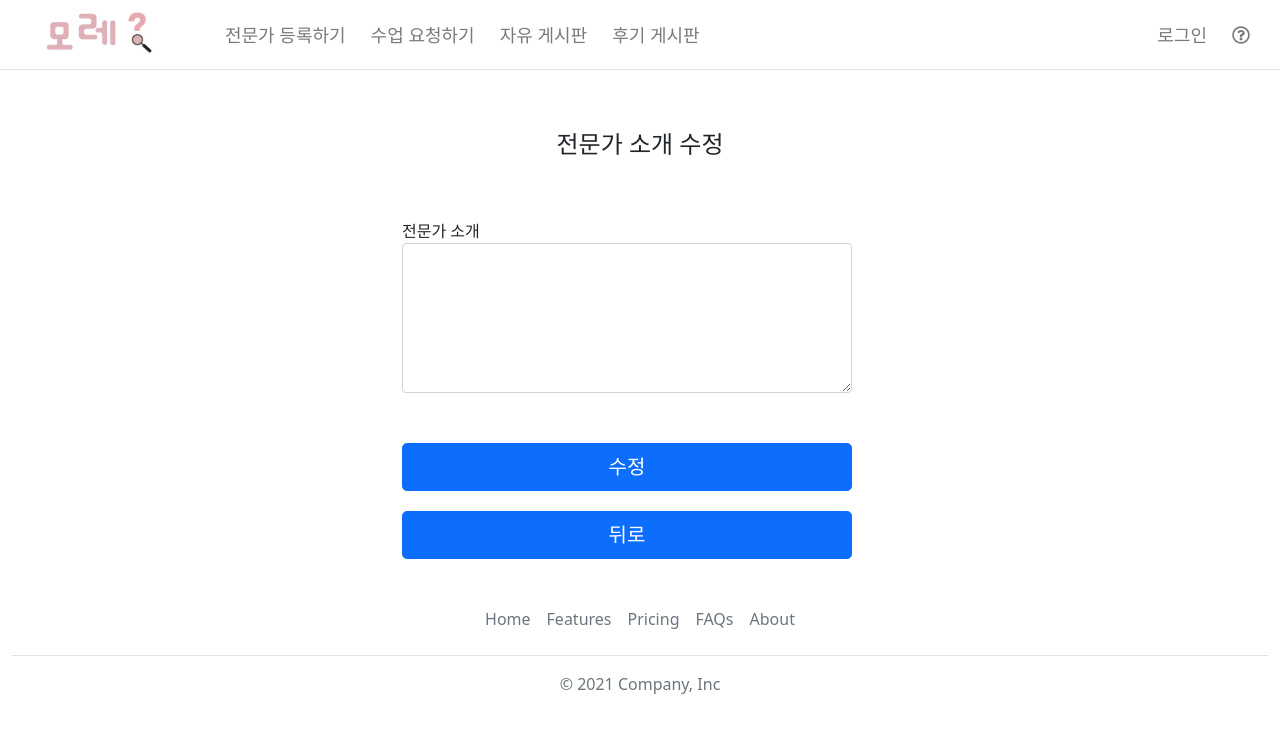
Repository: isssson/MVC2_more
Page: http://localhost/more/WEB-INF/views/expert/expertIntroForm.jsp
The author's editor kept a copy of each file at every save. The page is drawn from the files as they stood at one save, then again after the next save.
The browser window is 1280 px wide. The pictures show the whole page.
Some web libraries are served in a nearby version. The page is served by Tomcat 9. Nobody is signed in. Other server files are loaded and not shown. The template is opened directly, without the code that normally fills it, so the values that code supplies are empty.

Above is the page before, as saved 2021-12-08 02:52:25.

### more/src/main/webapp/WEB-INF/views/expert/expertIntroForm.jsp
<%@ page language="java" contentType="text/html; charset=UTF-8"
    pageEncoding="UTF-8"%>
<!DOCTYPE html>
<html>
<head>
<meta charset="UTF-8">
<link href="resources/css/bootstrap.min.css" rel="stylesheet">
<link href="resources/css/expert/expertUpdate.css" rel="stylesheet">
<style>
   .container {
     width: 500px;
     margin-top: 50px;
   }
   .mb-2 input {
     width: 450px;
   }
   .mb-2 textarea {
     width: 450px;
     height: 150px;
     padding: 10px;
   }
   h4 {
     margin: 60px;
     text-align: center;
   }
</style>
<title>모래-전문가수정</title>
</head>
<body>
<%@ include file="/WEB-INF/views/header.jsp" %>
<div class="container">
  <div class="col-md-12 order-md-1">
      <h4>전문가 소개 수정</h4>
      <form name="expertIntroForm" action="expertIntro.do?id=${sessionScope.sessionId}" method="post">
        <div class="mb-2">
            <label>전문가 소개</label>
            <textarea class="form-control" name="intro">${dto.intro}</textarea>
        </div>
        <div style="margin-top: 50px;">
           <button class="btn btn-lg btn-primary" type="submit" style="width: 450px; margin-bottom:20px;" >수정</button>
           <button class="btn btn-lg btn-primary" type="button" style="width: 450px;" onclick="location.href='expertProfile.do?id=${sessionScope.sessionId}'">뒤로</button>
        </div>
     </form>
  </div>
</div>
<%@ include file="/WEB-INF/views/footer.jsp" %>
</body>
</html>

### more/src/main/webapp/WEB-INF/views/header.jsp
<%@ page language="java" contentType="text/html; charset=UTF-8"
    pageEncoding="UTF-8"%>
<%@ taglib prefix="c" uri="http://java.sun.com/jsp/jstl/core" %>
<script src="https://use.fontawesome.com/releases/v5.2.0/js/all.js"></script>
<link href="resources/css/header.css" rel="stylesheet">
<!-- ---------------------비회원  -->
<c:if test="${sessionScope.sessionStatus == null }">
	<header>
    <div id="headerContainer">
        <a href="index.do"><img src="resources/img/more_logo.jpg" alt="logo" style="padding: 10px"></a>
        <div id="menubar">
          <div id="leftMenu">
            <div><a href="regist1.do">전문가 등록하기</a></div>
            <div><a href="lessonList.do">수업 요청하기</a></div>
            <div><a href="bbsList.do">자유 게시판</a></div>
            <div><a href="reviewList.do">후기 게시판</a></div>
          </div>
          <div id="rightMenu">
               <div><a href="login.do">로그인</a></div>
               <div><a href="#"><i class="far fa-question-circle"></i></a></div>
          </div>
        </div>
      </div>
	</header>
</c:if>
<!----------------------기본(의뢰인) 로그인중-->
<c:if test="${sessionScope.sessionStatus == 1 }">
	<header>
     <div id="headerContainer">
        <a href="index.do"><img src="resources/img/more_logo.jpg" alt="logo" style="padding: 10px"></a>
        <div id="menubar">
          <div id="leftMenu">
            <div id="client" onmouseover="show()" onmouseout="hide()">
               <a href="#">레슨</a>
              </div>
            <div id="joinExpert">
               <a href="regist1.do">전문가 등록하기</a>
             </div>
            <div><a href="bbsList.do">자유 게시판</a></div>
            <div><a href="reviewList.do">후기 게시판</a></div>
          </div>
          <div id="rightMenu">
            <div>${sessionScope.sessionName }님</div>
            <div><a href=""><i class="far fa-bell fa-1x"></i></a></div>
            <div><a href="setting.do"><i class="far fa-user fa-1x"></i></a></div>
            <div><a href="#"><i class="far fa-question-circle"></i></a></div>
          </div>
        </div>
      </div>
      <div id="hiddenHeaderContainer" onmouseover="show()" onmouseout="hide()">
        <div class="hiddenItem">
          <div class="Item"><a href="suggestList.do">레슨 목록</a></div>
          <div class="Item"><a href="lessonList.do">레슨 요청하기</a></div>
          <div class="Item"><a href="sentRequest.do?id=${sessionScope.sessionId}">보낸 요청</a></div>
          <div class="Item"><a href="#">받은 제안</a></div>
        </div>
      </div>
	</header>
</c:if>
<!-- -----------------------전문가 로그인중 -->
<c:if test="${sessionScope.sessionStatus == 2 }">
	<header>
     <div id="headerContainer">
       <a href="index.do"><img src="resources/img/more_logo.jpg" alt="logo" style="padding: 10px"></a>
       <div id="menubar">
         <div id="leftMenu">
           <div id="client" onmouseover="show()" onmouseout="hide()">
              <a href="#">레슨</a>
             </div>
           <div><a href="bbsList.do">자유 게시판</a></div>
           <div><a href="reviewList.do">후기 게시판</a></div>
         </div>
         <div id="rightMenu">
           <div id="client" onmouseover="show()" onmouseout="hide()">
               <div><a href="">10000 <i class="fas fa-coins fa-1x"></i></a></div>
             </div>
           <div>${sessionScope.sessionName }님</div>
              <div><a href=""><i class="far fa-bell fa-1x"></i></a></div>
           <div><a href="setting.do"><i class="far fa-user fa-1x"></i></a></div>
           <div><a href="#"><i class="far fa-question-circle"></i></a></div>
         </div>
       </div>
     </div>
     <div id="hiddenHeaderContainer" onmouseover="show()" onmouseout="hide()">
       <div class="hiddenItem">
       	 <div class="Item"><a href="requestList.do">레슨 목록</a></div>
       	 <div class="Item"><a href="suggest.do">레슨 제안하기</a></div>
         <div class="Item"><a href="#">보낸 제안</a></div>
		 <div class="Item"><a href="#">레슨 내역</a></div>
       </div>
     </div>
	</header>
</c:if>
   <script>
       function show(){
         document.getElementById('hiddenHeaderContainer').style.display='block';
       }
       function hide(){
         document.getElementById('hiddenHeaderContainer').style.display='none';
       }
  </script>

### more/src/main/webapp/WEB-INF/views/footer.jsp
<%@ page language="java" contentType="text/html; charset=UTF-8"
    pageEncoding="UTF-8"%>
<link href="resources/css/footer.css" rel="stylesheet">
<div class="container-fluid">
  <footer class="py-3 my-4">
    <ul class="nav justify-content-center border-bottom pb-3 mb-3">
      <li class="nav-item"><a href="#" class="nav-link px-2 text-muted">Home</a></li>
      <li class="nav-item"><a href="#" class="nav-link px-2 text-muted">Features</a></li>
      <li class="nav-item"><a href="#" class="nav-link px-2 text-muted">Pricing</a></li>
      <li class="nav-item"><a href="#" class="nav-link px-2 text-muted">FAQs</a></li>
      <li class="nav-item"><a href="#" class="nav-link px-2 text-muted">About</a></li>
    </ul>
    <p class="text-center text-muted">&copy; 2021 Company, Inc</p>
  </footer>
</div>

<div class="b-example-divider"></div>

### more/src/main/webapp/resources/css/expert/expertUpdate.css
@charset "UTF-8";

h3 {
    height: 80px;
    line-height: 80px;
    font-size: 40px;
    font-weight: bold;
    text-align: center;
    margin: 80px auto;
    color: #9a5656;
}

.updateBt{
   width:450px;
   height:200px;
   text-align:center;
   margin:0 auto;
   display:flex;
   flex-direction:column;
   justify-content: center;
}

.subject{
	font-size:25px;
	color:#ff9797;
	text-align: center;
	font-weight: bold;
}

.content{
	text-align:center;
     margin-top: 50px;
}
select{
	font-size:26px;
}

### more/src/main/webapp/resources/css/header.css
@charset "UTF-8";
a{
    text-decoration:none;
    color:rgb(26, 25, 25);
}
a:hover{
    color:rgb(26, 25, 25);
}
svg{
    color: #7e7878;
}
svg:hover{
    color: #424040;
    cursor: pointer;
}
#headerContainer{
    width:100%;
    height:70px;
    margin: 0 auto;
    display: flex;
    flex-direction: row;
    border-bottom:1px solid #dee2e6;
}
#headerContainer img{
    width: 200px;
    height: 65px;
    object-fit: cover;
}
#headerContainer #menubar{
    width:100%;
    height: 70px;
    display: flex;
    flex-direction: row;
    justify-content: space-between;
}
#headerContainer #menubar div a{
    font-size: 18px;
    color: #7e7878;
}
#headerContainer #menubar a:hover{
    color: #424040;
    font-weight: bold;
}
#menubar #leftMenu{
    display: flex;
}
#menubar #rightMenu{
    display: flex;
    margin-right: 30px;
}
#menubar #leftMenu div, #menubar #rightMenu div{
    font-size: 18px;
    line-height: 70px;
    margin-left: 25px;
}
#hiddenHeaderContainer{
    position: absolute;
    display: none;
    z-index: 1;
    width:100%;
    height:70px;
    left:50%;
    border-top:1px solid rgb(187, 183, 183);
    border-bottom:1px solid rgb(187, 183, 183);
    transform: translate(-50%);
    background-color: white;
}
#hiddenHeaderContainer .hiddenItem{

    width:100%;
    height:70px;
    margin-left: 170px;
    display: flex;
}
#hiddenHeaderContainer .hiddenItem .Item a{
    font-size: 18px;
    line-height: 70px;
    margin-left: 50px;
    color: #7e7878;
}
#hiddenHeaderContainer .hiddenItem .Item a:hover{
    color: #424040;
    font-weight: bold;
}

### more/src/main/webapp/resources/css/footer.css
@charset "UTF-8";
li {
	border-top: none;
}

Loaded but not shown: more/src/main/webapp/resources/css/bootstrap.min.css (library)

After the next save:
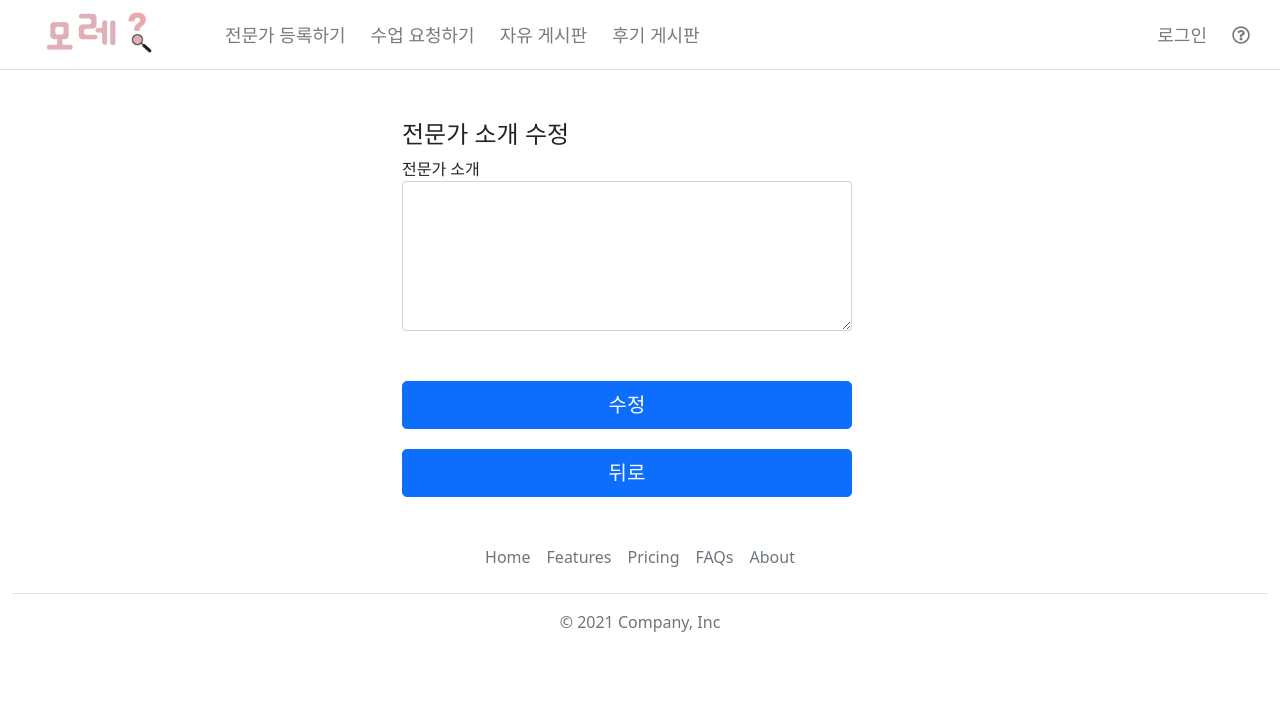
Saved 9 s later.
--- a/more/src/main/webapp/WEB-INF/views/expert/expertIntroForm.jsp
+++ b/more/src/main/webapp/WEB-INF/views/expert/expertIntroForm.jsp
@@ -18,10 +18,6 @@
      width: 450px;
      height: 150px;
      padding: 10px;
-   }
-   h4 {
-     margin: 60px;
-     text-align: center;
    }
 </style>
 <title>모래-전문가수정</title>
